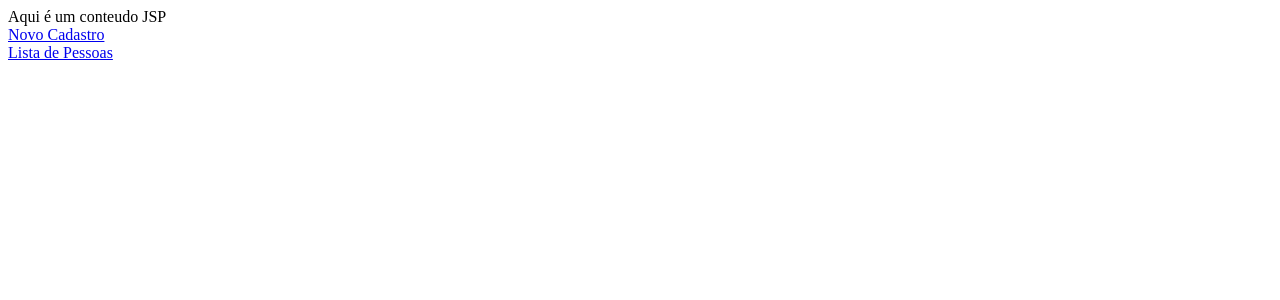
Repository: weristec/form-web
Page: http://localhost/form-cadas-pessoa/
These files come from the project's save history. The page is drawn as it stood at one moment and after the next save; the edit follows.
The browser window is 1280 px wide. The pictures show the whole page.
The page is served by Tomcat 9. Nobody is signed in. The application's start-up code is not run. Other server files are loaded and not shown.

Above is the page before, as saved 2021-08-19 00:21:00.

### form-cadas-pessoa/src/main/webapp/index.jsp
<%@ page language="java" contentType="text/html; charset=ISO-8859-1"
	pageEncoding="ISO-8859-1"%>
<!DOCTYPE html>
<html>
<head>
<meta charset="ISO-8859-1">
<title>Primeira Página JSP</title>
</head>
<body>
	<%
	String app = request.getParameter("app");
	if (app == null)
		app = "JSP";
	out.print("Aqui é um conteudo " + app);
	%>
	<br>
	<a href="form-cadastro.jsp">Novo Cadastro</a>
	<br>
	<a href="listaPessoas.jsp">Lista de Pessoas</a>
</body>
</html>

After the next save:
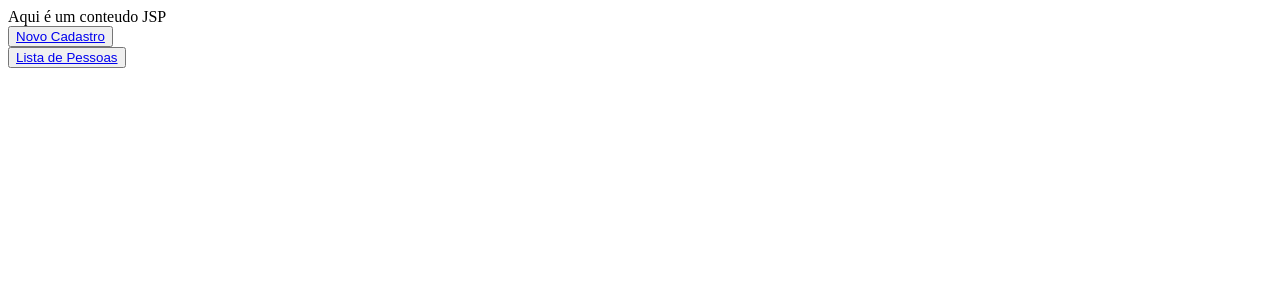
Saved 16 min 57 s later.
--- a/form-cadas-pessoa/src/main/webapp/index.jsp
+++ b/form-cadas-pessoa/src/main/webapp/index.jsp
@@ -14,8 +14,12 @@
 	out.print("Aqui é um conteudo " + app);
 	%>
 	<br>
+	<button>
 	<a href="form-cadastro.jsp">Novo Cadastro</a>
+	</button>
 	<br>
+	<button>
 	<a href="listaPessoas.jsp">Lista de Pessoas</a>
+	</button>
 </body>
 </html>
